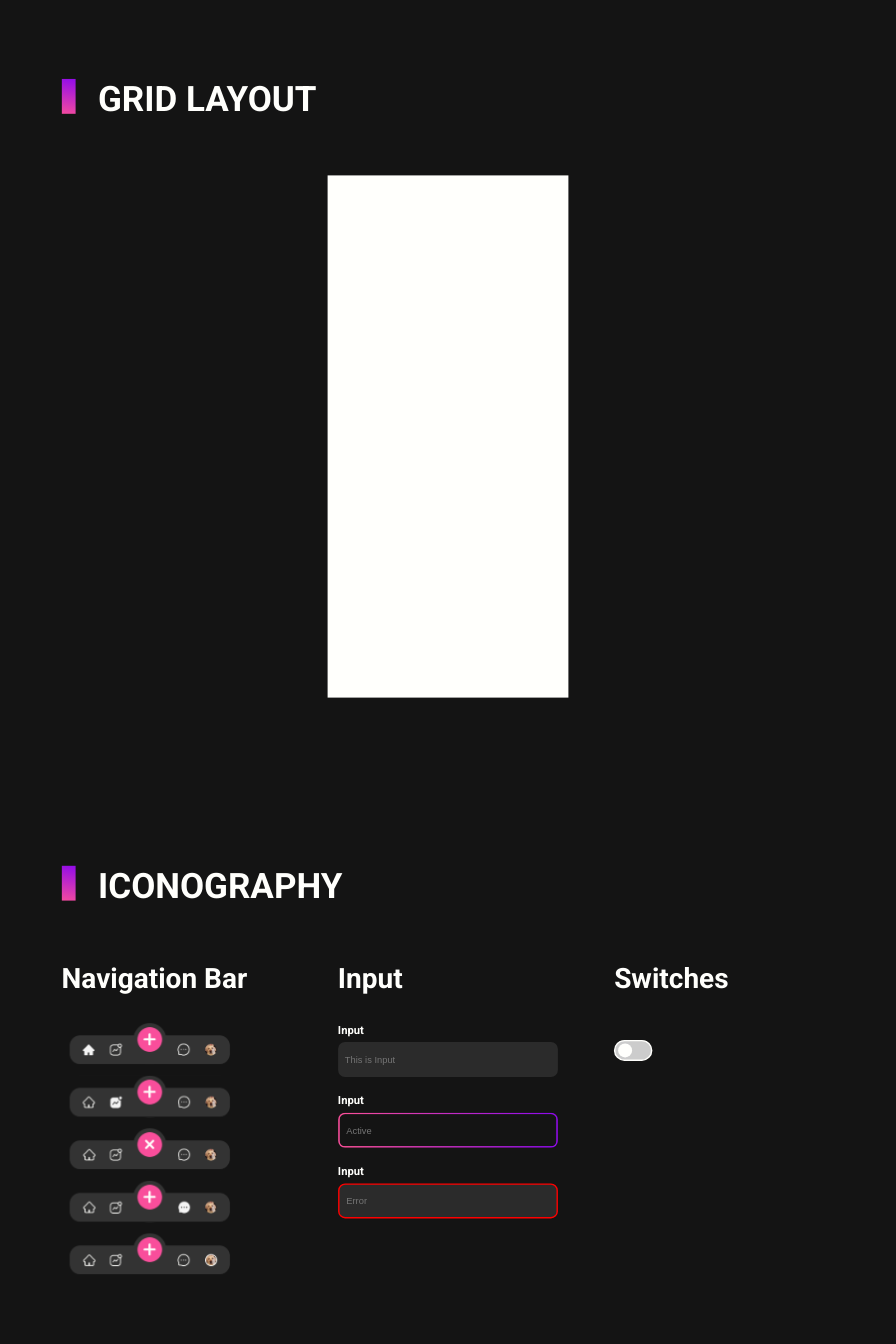
Repository: MonicaNguyenH/artflow_frontend_vanJS
Page: index.html
These files come from the project's save history. The page is drawn as it stood at one moment and after the next save; the edit follows.
The browser window is 1280 px wide. The pictures show the part of the page from y = 3232 to 5152 px (the page is 6114 px tall before and 6020 px after), at 70% of full size.
Some web fonts or font styles are not loaded; a fallback is used.

Above is the page before, as saved 2024-05-07 10:45:01.

After the next save:
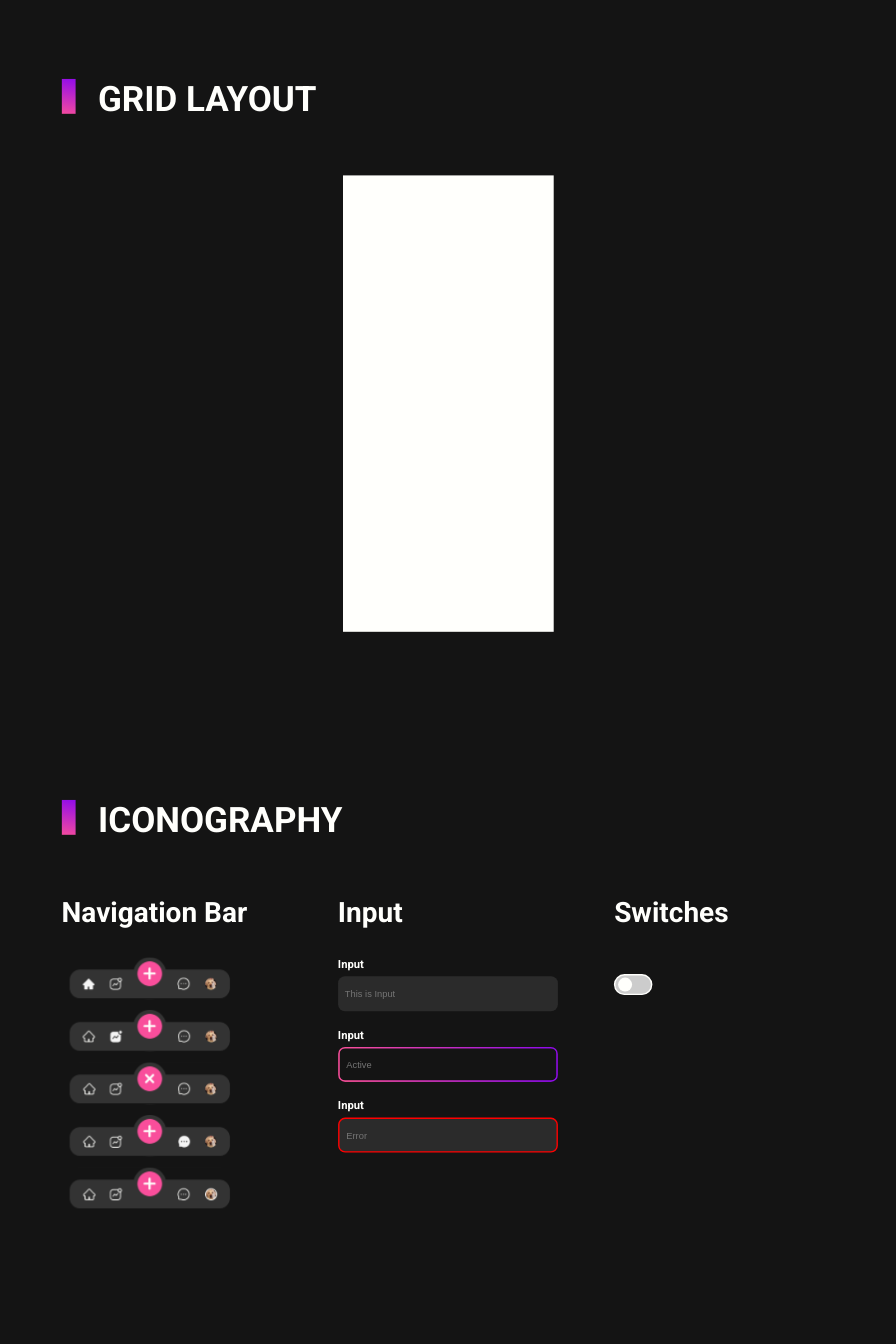
Saved 29 s later.
--- a/css/style.css
+++ b/css/style.css
@@ -489,8 +489,8 @@ input:checked + .slider:before {
 
 /*********** GRIDJS **********/
 .grid-bg {
-    width: 344px;
-    height: 746px;
+    width: 301px;
+    height: 652px;
     background: var(--white);
 }
 
